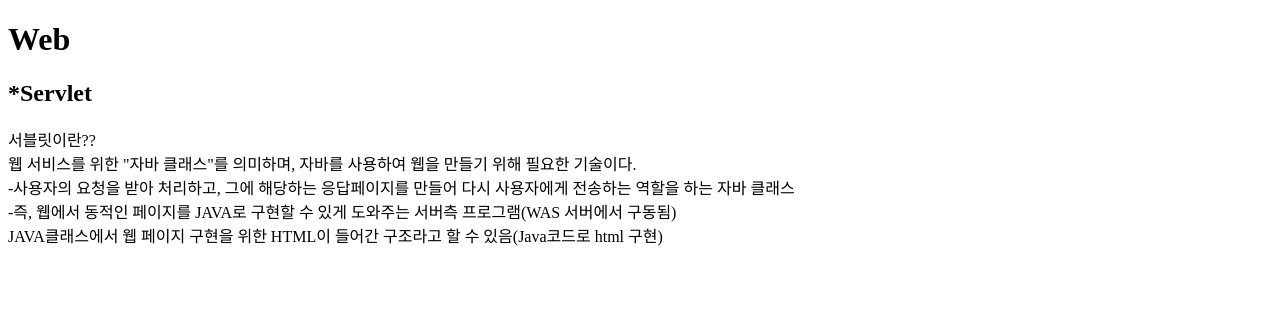
Repository: yejin0220/Web-workspace1
Page: 1_Servlet/WebContent/index.html
An editor plug-in stored every save of this project. The page is shown before and after the next save, followed by the edit.
The browser window is 1280 px wide. The pictures show the whole page.

Above is the page before, as saved 2023-02-07 06:01:08.

After the next save:
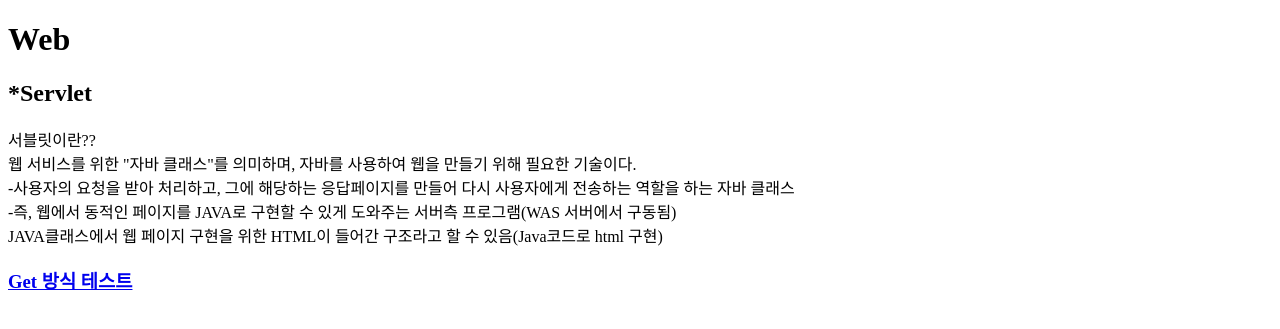
Saved 102 s later.
--- a/1_Servlet/WebContent/index.html
+++ b/1_Servlet/WebContent/index.html
@@ -18,6 +18,12 @@
 		 JAVA클래스에서 웹 페이지 구현을 위한 HTML이 들어간 구조라고 할 수 있음(Java코드로 html 구현)
 	</p>
 
+	<h3><a href="views/requestTest_GET.html">Get 방식 테스트</a></h3>
+
+
+
+
+
 
 
 </body>
